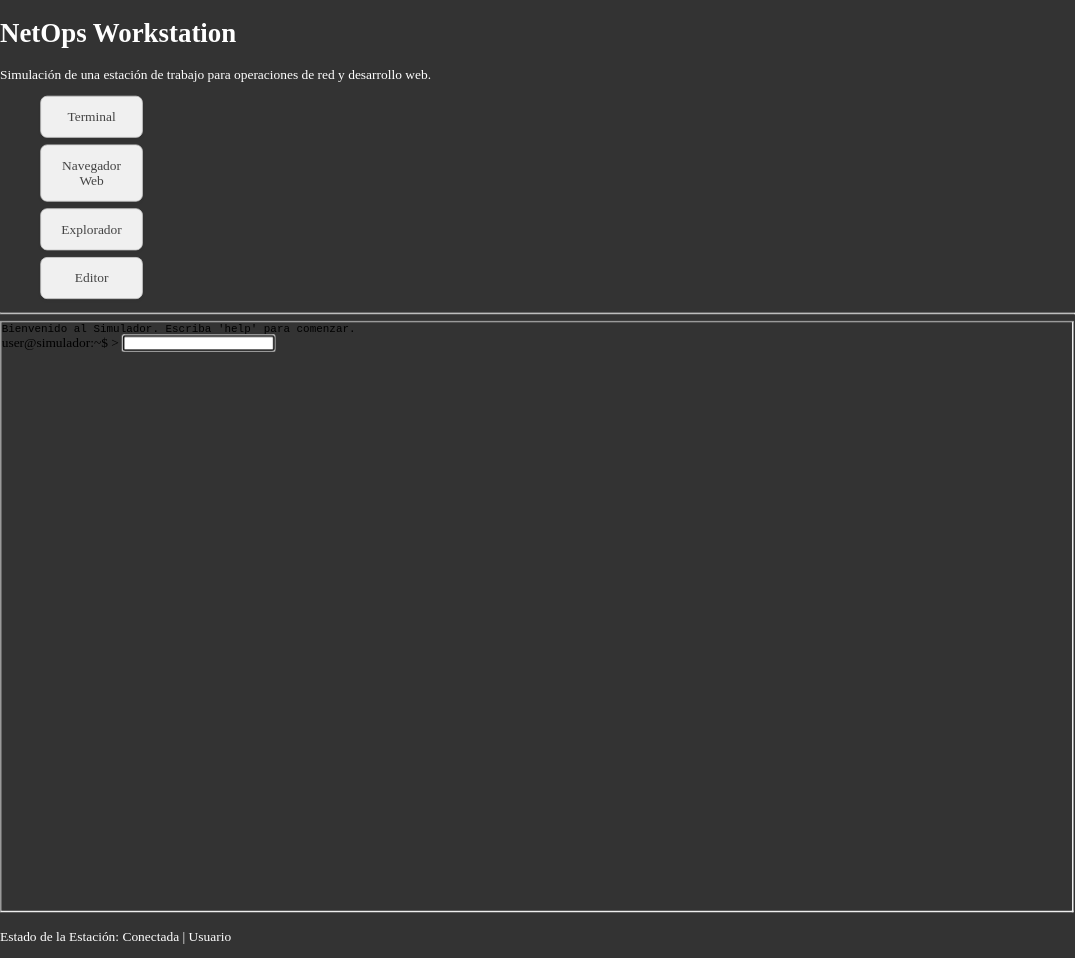
Repository: ValdezGalia/ProgramacionWebUcab
Page: lan-01.html
An editor plug-in stored every save of this project. The page is shown before and after a run of saves, followed by the edit.
The browser window is 1280 px wide. The pictures show the whole page, at 84% of full size.

Above is the page before, as saved 2025-11-13 16:23:33.

### lan-01.html
<!DOCTYPE html>
<html lang="es">

<head>
    <meta charset="UTF-8">
    <meta name="viewport" content="width=device-width, initial-scale=1.0">
    <meta name="author" content="Orlando Valdez / Jenry Youssef / Oscar Torres">
    <link rel="stylesheet" href="/style/lan-01.css">
    <title>NetOps Workstation: Estación de Trabajo</title>
</head>

<body>

    <header>
        <h1>NetOps Workstation</h1>
        <p>Simulación de una estación de trabajo para operaciones de red y desarrollo web.</p>
    </header>

    <main id="workstation-container">

        <nav id="app-navigation" aria-label="Aplicaciones de la estación de trabajo">
            <ul id="app-list">
                <li><a href="#" data-tool="lineaComandos">Terminal</a></li>
                <li><a href="#" data-tool="navegador">Navegador Web</a></li>
                <li><a href="#" data-tool="exploradorArchivos">Explorador</a></li>
                <li><a href="#" data-tool="editorArchivo">Editor</a></li>
            </ul>
        </nav>

        <hr>
        <!-- Contenedor de herramientas de forma dinamica y sostenible -->
        <section id="application-display">
            <iframe id="tool-iframe" src="pages/lineaComandos.html" sandbox="allow-scripts allow-same-origin"
                title="Aplicación interactiva" width="99.5%" height="700px"></iframe>
        </section>

    </main>

    <footer aria-label="Estado y Diagnóstico">
        <p>Estado de la Estación: Conectada | <span class="user">Usuario</span></p>
    </footer>

    <script>
        document.addEventListener('DOMContentLoaded', () => {
            const iframe = document.getElementById('tool-iframe');
            const navLinks = document.querySelectorAll('#app-list a');

            navLinks.forEach(link => {
                link.addEventListener('click', (event) => {
                    event.preventDefault();

                    const toolName = event.target.dataset.tool;
                    const newSrc = `pages/${toolName}.html`;

                    iframe.src = newSrc;

                    /*Esto aun no hace nada ya que aun no se implementa la logica que distige la clase active*/
                    navLinks.forEach(navLink => navLink.classList.remove('active'));
                    event.target.classList.add('active');
                });
            });
        });
    </script>

</body>

</html>

### style/lan-01.css
html, body{
    padding: 0;
    margin: 0;
    background-color: #333;
    color: white
}

nav ul li{
    list-style: none;
}

nav ul li a {
    display: flex;
    flex-direction: column;
    justify-content: center;
    align-items: center;

    /* Estilos visuales de App */
    text-decoration: none;
    color: #444444;
    background-color: #f0f0f0;
    padding: 15px 10px;
    margin: 8px;
    border: 1px solid #cccccc;
    border-radius: 8px;
    box-shadow: 0 2px 4px rgba(0, 0, 0, 0.05);
    transition: all 0.2s ease;
    width: 100px;
    text-align: center;
}

/* Estilos para el Ícono (la imagen) */
nav ul li a .app-icon {
    width: 40px; /* Tamaño del icono */
    height: 40px;
    margin-bottom: 5px; /* Espacio entre el icono y la etiqueta de texto */
    /* Asegura que la imagen no tenga un borde o estilo propio que moleste */
    border: none;
}

/* Estilos para el Texto (la etiqueta) */
nav ul li a span {
    font-size: 0.85em; /* Fuente pequeña para la etiqueta */
    font-weight: 500;
    margin-top: 5px;
    color: #444444; /* Asegura el color del texto */
}

/* Interacción: Estado Hover (Al pasar el ratón) */
nav ul li a:hover {
    background-color: #e0e0e0; /* Un poco más oscuro al pasar el ratón */
    border-color: #a0a0a0;
    box-shadow: 0 4px 8px rgba(0, 0, 0, 0.1);
    transform: scale(1.02); /* Un ligero crecimiento para resaltar */
}

### pages/lineaComandos.html
<!DOCTYPE html>
<html lang="es">
<head>
    <meta charset="UTF-8">
    <meta name="viewport" content="width=device-width, initial-scale=1.0">
    <meta name="description" content="Un linea de comandos (CLI) basada en diseño de la de linux">
    <link rel="stylesheet" href="/style/commandline.css">
    <title>Linea de comandos</title>
</head>
<body>
    <div id="terminal-window">
        <pre id="terminal-output">Bienvenido al Simulador. Escriba 'help' para comenzar.</pre>

        <div id="command-line">
            <span id="prompt">user@simulador:~$ > </span>
            <input type="text" id="command-input" autofocus>
        </div>
    </div>
</body>
</html>

### style/commandline.css
* {
    margin: 0px;
    padding: 0px;
}

html, body{
    margin: 0;
    padding: 0;
    width: 100%;
    height: 100%;
    overflow: hidden;
    background-color: #333;
}

textarea{
    display: block;
    display: block;
    width: 100%;
    height: 100%;
    box-sizing: border-box;
    border: none;
    outline: none;
    resize: none;
    font-family: monospace;
    padding: 10px;
    background-color: #2036;
    color: white;
}

After the next 4 saves:
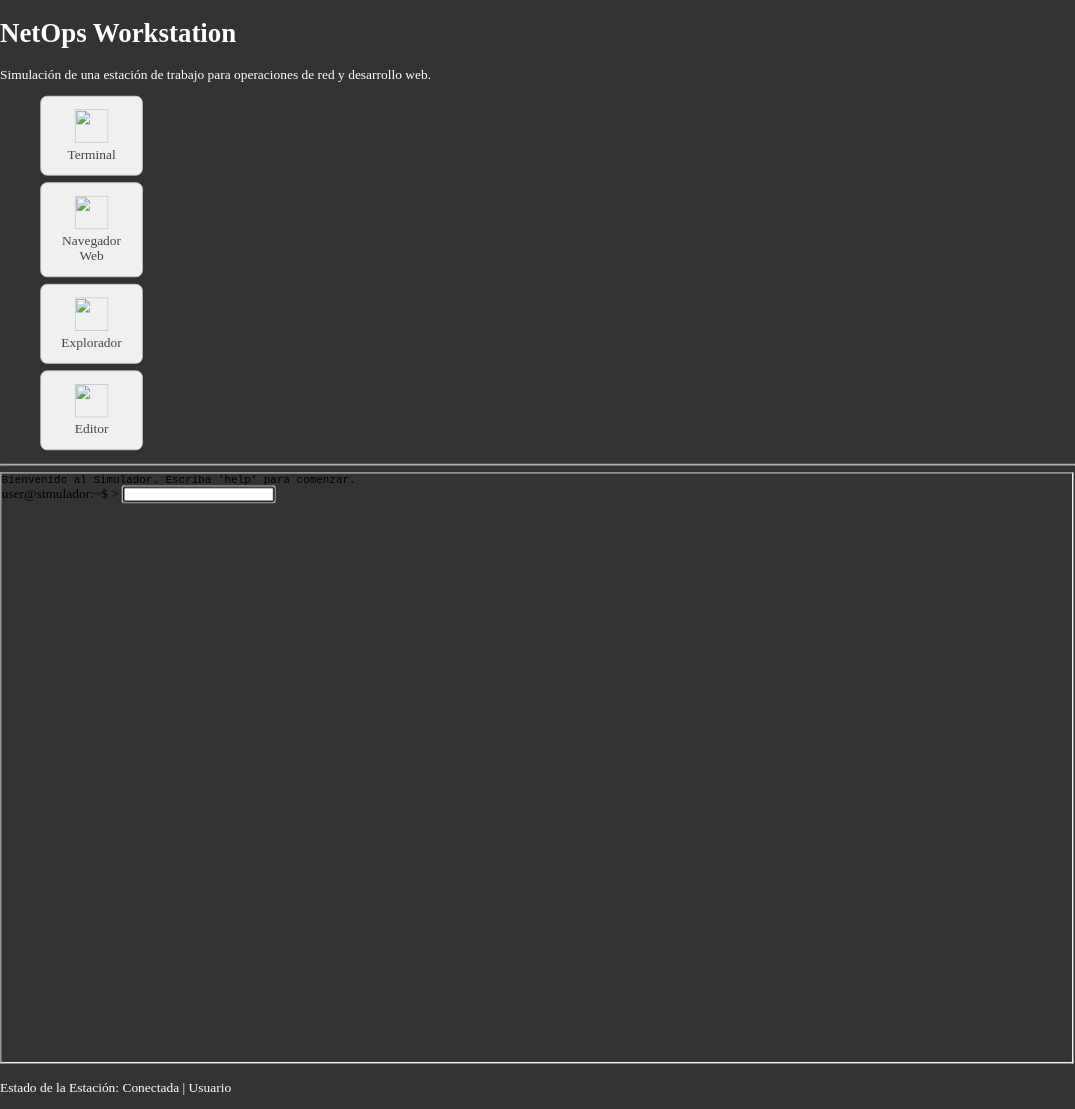
The 4 saves are shown as one change because they came seconds apart.
The last was saved 72 s later.
--- a/lan-01.html
+++ b/lan-01.html
@@ -20,10 +20,10 @@
 
         <nav id="app-navigation" aria-label="Aplicaciones de la estación de trabajo">
             <ul id="app-list">
-                <li><a href="#" data-tool="lineaComandos">Terminal</a></li>
-                <li><a href="#" data-tool="navegador">Navegador Web</a></li>
-                <li><a href="#" data-tool="exploradorArchivos">Explorador</a></li>
-                <li><a href="#" data-tool="editorArchivo">Editor</a></li>
+                <li><a href="#" data-tool="lineaComandos"><img src="" class="app-icon" alt="">Terminal</a></li>
+                <li><a href="#" data-tool="navegador"><img src="" class="app-icon" alt="">Navegador Web</a></li>
+                <li><a href="#" data-tool="exploradorArchivos"><img src="" class="app-icon" alt="">Explorador</a></li>
+                <li><a href="#" data-tool="editorArchivo"><img src="" class="app-icon" alt="">Editor</a></li>
             </ul>
         </nav>
 
